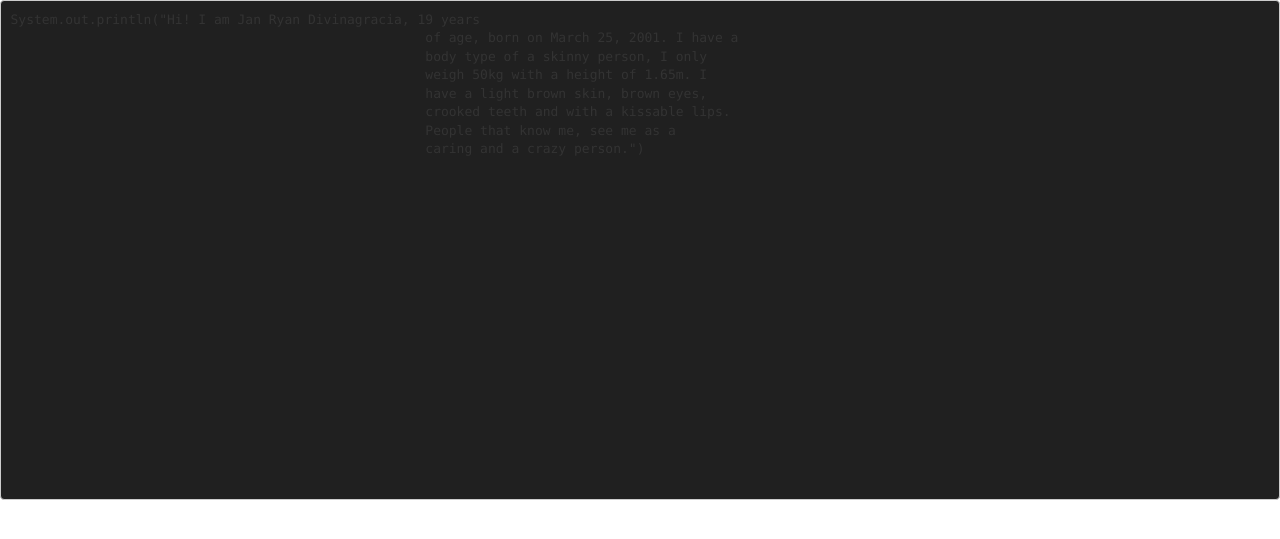
Repository: janry-gracia/Divinagracia_FinalProject
Page: Pages/storyofmylife.html
The author's editor kept a copy of each file at every save. The page is drawn from the files as they stood at one save, then again after the next save.
The browser window is 1280 px wide. The pictures show the whole page.

Above is the page before, as saved 2021-05-17 22:58:25.
Console error: TypeError: Cannot read properties of null (reading 'addEventListener')

After the next save:
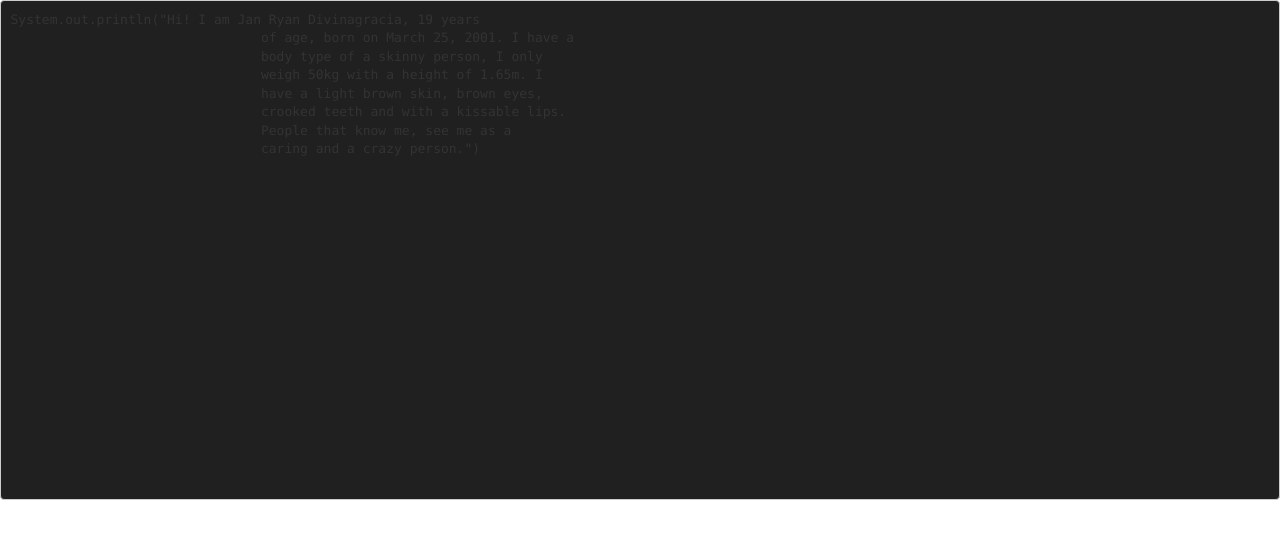
Saved 12 s later.
--- a/Pages/storyofmylife.html
+++ b/Pages/storyofmylife.html
@@ -14,14 +14,14 @@
 
         <div class="container-fluid ">
             <pre class="message">System.out.println("Hi! I am Jan Ryan Divinagracia, 19 years
-                                                     of age, born on March 25, 2001. I have a
-                                                     body type of a skinny person, I only
-                                                     weigh 50kg with a height of 1.65m. I
-                                                     have a light brown skin, brown eyes,
-                                                     crooked teeth and with a kissable lips.
-                                                     People that know me, see me as a
-                                                     caring and a crazy person.")</pre>
-        </div>
+                                of age, born on March 25, 2001. I have a
+                                body type of a skinny person, I only
+                                weigh 50kg with a height of 1.65m. I
+                                have a light brown skin, brown eyes,
+                                crooked teeth and with a kissable lips.
+                                People that know me, see me as a
+                                caring and a crazy person.")</pre>
+</div>
 
 
     </div>
